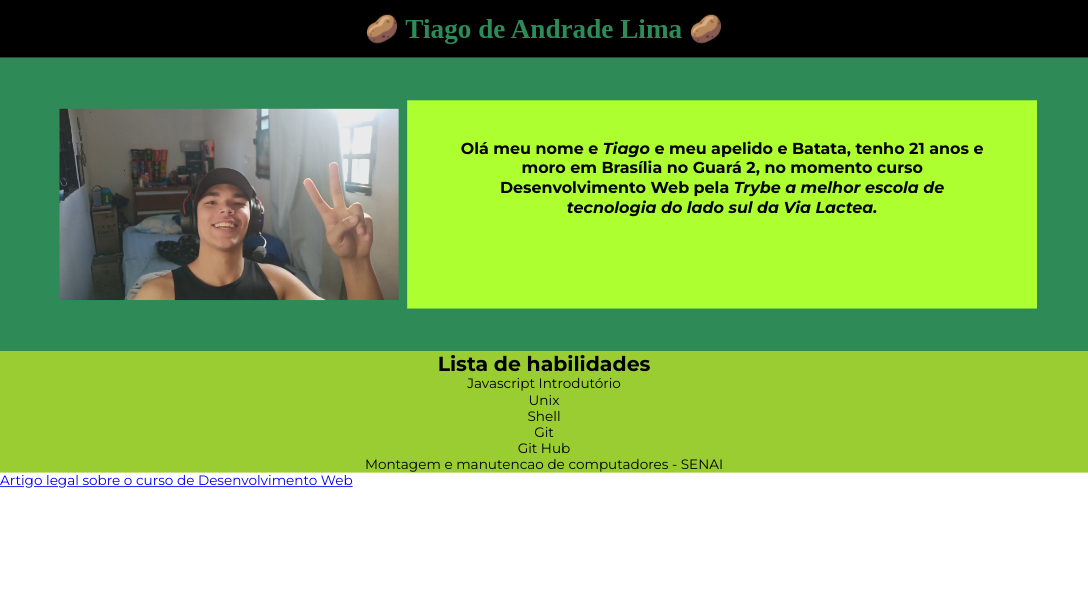
Repository: Batatiago/Batatiago.github.io
Page: index.html
The author's editor kept a copy of each file at every save. The page is drawn from the files as they stood at one save, then again after the next save.
The browser window is 1280 px wide. The pictures show the whole page, at 85% of full size.

Above is the page before, as saved 2023-06-29 11:47:54.

### index.html
<!DOCTYPE html>
<html lang="pt-br">

<head>
  <meta charset="UTF-8">
  <title>Tiago de Andrade Lima</title>
  <link
    href="https://fonts.googleapis.com/css2?family=Montserrat:ital,wght@0,100;0,200;0,300;0,400;0,500;0,600;0,700;0,800;0,900;1,100;1,200;1,300;1,400;1,500;1,600;1,700;1,800;1,900&display=swap"
    rel="stylesheet">
  <link rel="stylesheet" href="style.css">
</head>

<body>
  <div class="header-container">
    <div class="header">
      <h1 class="meuNome"> 🥔 Tiago de Andrade Lima 🥔</h1>
    </div>
  </div>
  <div class="resumo-container">
    <div class="resumo">
      <img id="foto" src="2023-06-23-160707.jpg" alt="Imagem de Tiago" width="300px">
      <h3 class="descricao">Olá meu nome e <strong><em>Tiago</em></strong> e meu apelido e Batata, tenho 21 anos e moro em Brasília no Guará 2, no
        momento curso Desenvolvimento
        Web pela <strong><em>Trybe a melhor escola de tecnologia do lado sul da Via Lactea.</em></strong></h3>
    </div>
  </div>
  <div class="lista">
    <h2>Lista de habilidades</h2>
    <ul>
      <li class="javascript">Javascript Introdutório</li>
      <li class="unix">Unix</li>
      <li class="shell">Shell</li>
      <li class="git">Git</li>
      <li class="gitHub">Git Hub</li>
      <li>Montagem e manutencao de computadores - SENAI</li>
    </ul>
  </div>
  <a href="https://blog.betrybe.com/carreira/frontend/" target="_blank">Artigo legal sobre o curso de Desenvolvimento
    Web</a>
</body>

</html>

### style.css
* {
    margin: 0;
    padding: 0;
    border: 0;
}

body {
    font-family: 'Montserrat', sans-serif;
}

.header-container {
    background-color: black;
    color: seagreen;
}

.header {
    padding: 15px 10px;
    width: 50%;
    margin: auto;
    font-family: 'Times New Roman', Times, serif;
    text-align: center;
}

.resumo-container {
    background-color: seagreen;
}
.resumo {
    display: inline-flex;
    margin: 50px 60px;
}

.resumo h3 {
    padding: 45px 60px;
    background-color: greenyellow;
    text-align: center;
    width: 100;
}

#foto {
    width: 380px;
    flex: content;
    margin: 10px;
}

.lista {
    text-align: center;
    background-color: yellowgreen;
}

After the next save:
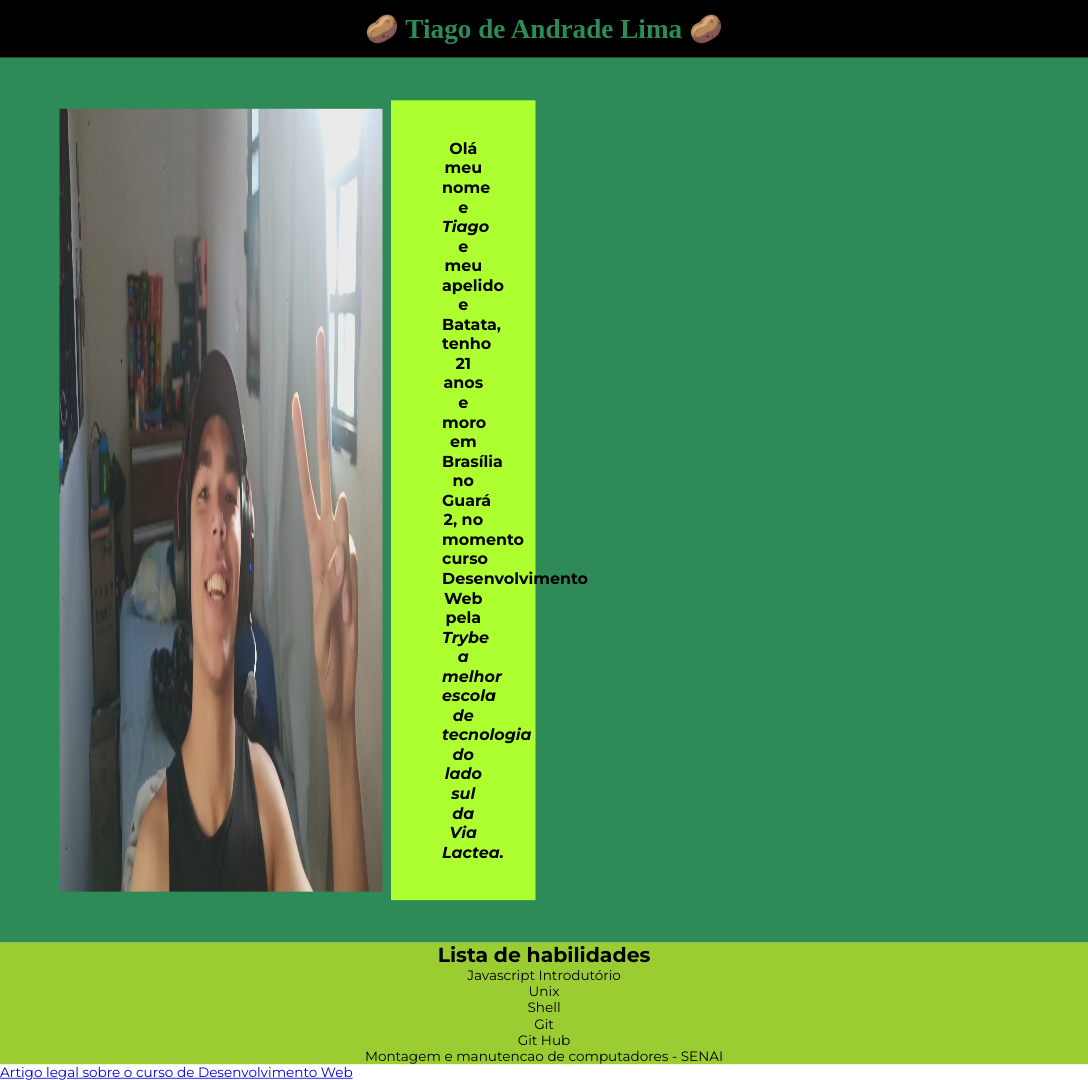
Saved 12 s later.
--- a/style.css
+++ b/style.css
@@ -33,7 +33,7 @@
     padding: 45px 60px;
     background-color: greenyellow;
     text-align: center;
-    width: 100;
+    width: 50px;
 }
 
 #foto {

After the save that followed:
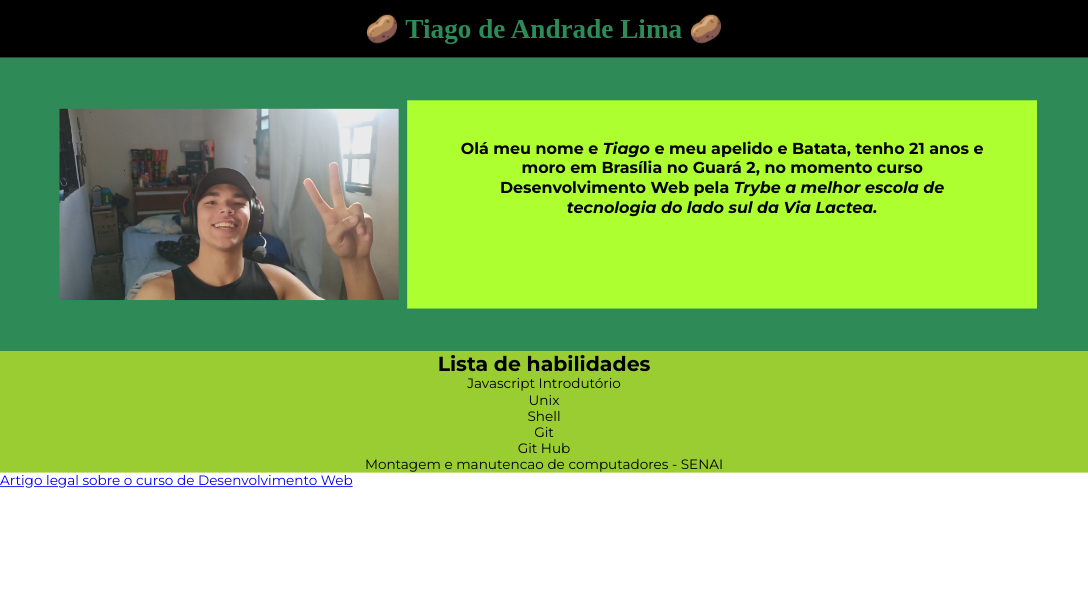
Saved 32 s later.
--- a/style.css
+++ b/style.css
@@ -33,7 +33,7 @@
     padding: 45px 60px;
     background-color: greenyellow;
     text-align: center;
-    width: 50px;
+    width:auto;
 }
 
 #foto {
